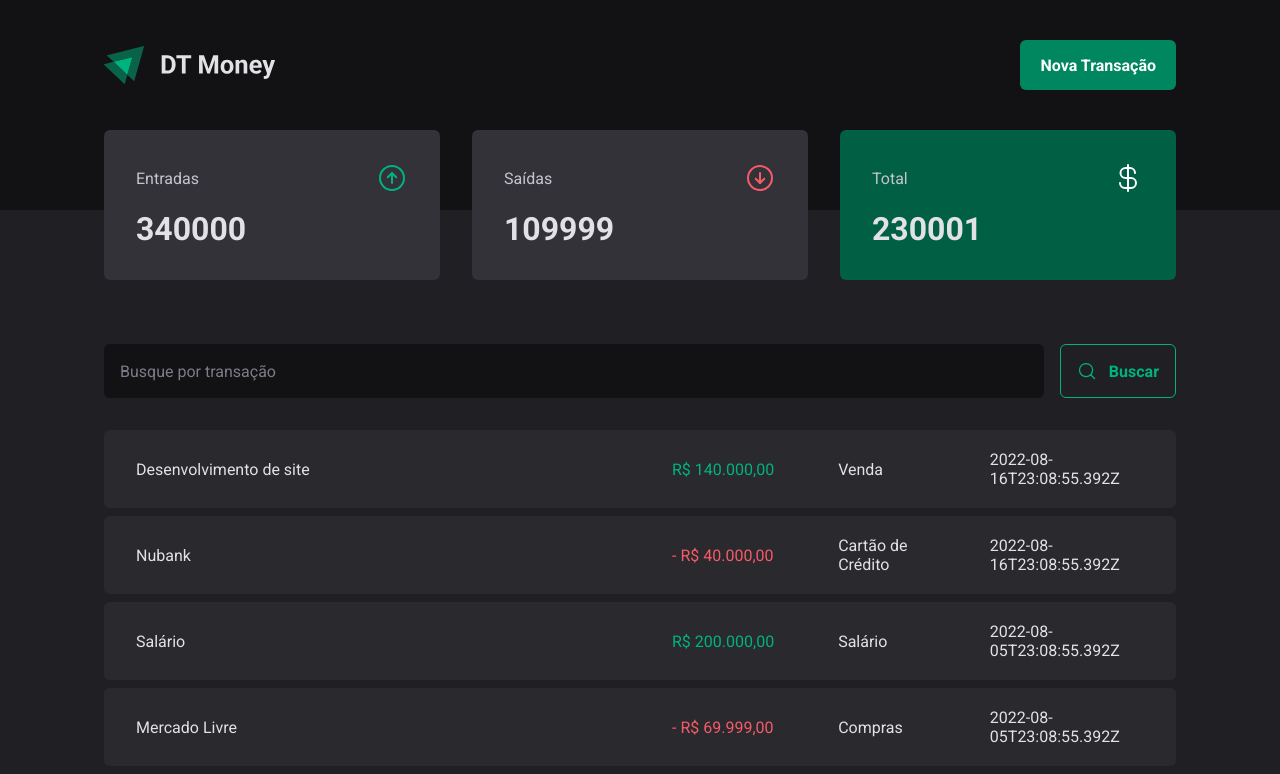
Repository: guilhermecardoso93/dtmoney-reactjs-ignite
Page: /
The author's editor kept a copy of each file at every save. The page is drawn from the files as they stood at one save, then again after the next save.
The browser window is 1280 px wide. The pictures show the whole page.
The project was rebuilt for these pictures with package versions that can differ from the ones it lists, and the page was loaded fresh each time. Requests to the local data server were answered from the project's data file. Also part of the build but not shown: vite.config.ts.

Above is the page before, as saved 2022-08-16 21:17:08.

After the next save:
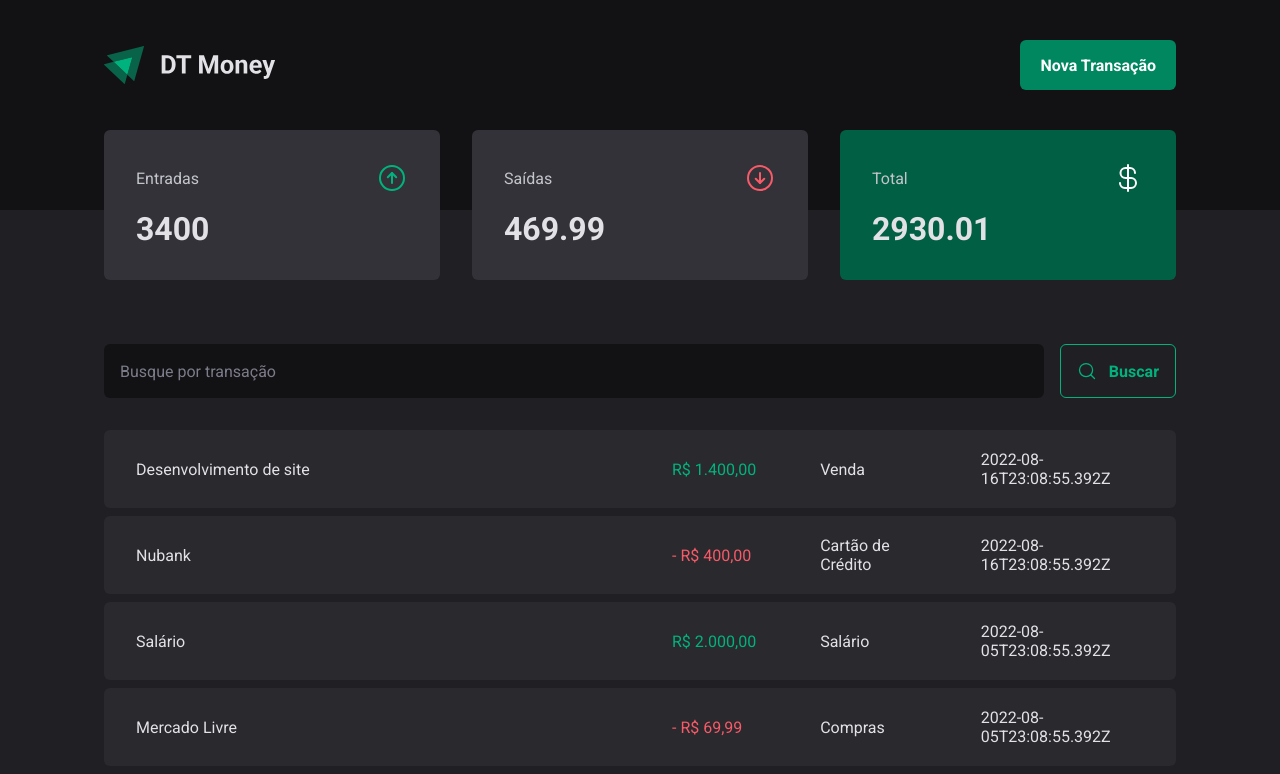
Saved 109 s later.
--- a/server.json
+++ b/server.json
@@ -4,7 +4,7 @@
       "description": "Desenvolvimento de site",
       "type": "income",
       "category": "Venda",
-      "price": 140000,
+      "price": 1400,
       "createdAt": "2022-08-16T23:08:55.392Z"
     },
     {
@@ -12,7 +12,7 @@
       "description": "Nubank",
       "type": "outcome",
       "category": "Cartão de Crédito",
-      "price": 40000,
+      "price": 400,
       "createdAt": "2022-08-16T23:08:55.392Z"
     },
     {
@@ -20,7 +20,7 @@
       "description": "Salário",
       "type": "income",
       "category": "Salário",
-      "price": 200000,
+      "price": 2000,
       "createdAt": "2022-08-05T23:08:55.392Z"
     },
     {
@@ -28,7 +28,7 @@
       "description": "Mercado Livre",
       "type": "outcome",
       "category": "Compras",
-      "price": 69999,
+      "price": 69.99,
       "createdAt": "2022-08-05T23:08:55.392Z"
     }
 
